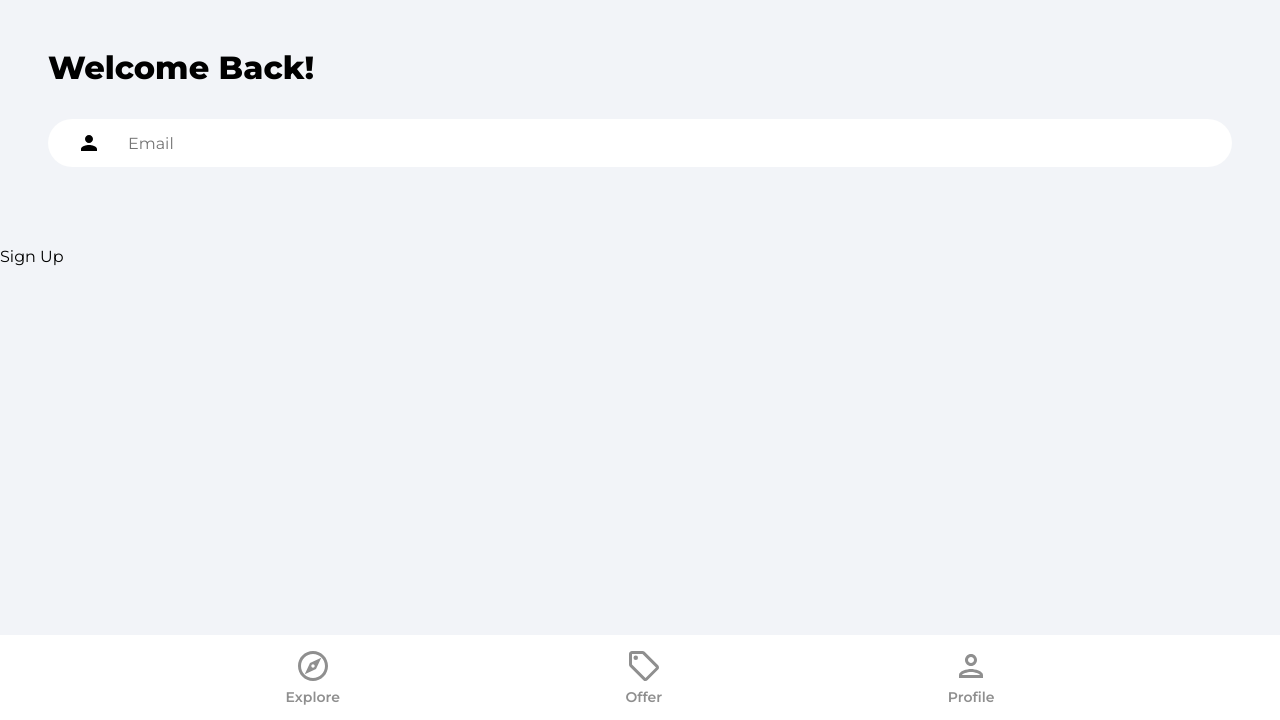
Repository: harvir619/Real-Estate-Market-App
Page: /sign-in
These files come from the project's save history. The page is drawn as it stood at one moment and after a run of saves; the edit follows.
The browser window is 1280 px wide. The pictures show the whole page.
The project was rebuilt for these pictures with package versions that can differ from the ones it lists, and the page was loaded fresh each time. Also part of the build but not shown: vite.config.js, src/pages/Explore.jsx, src/pages/Profile.jsx, src/pages/ForgotPassword.jsx, src/pages/Offers.jsx, src/pages/SignUp.jsx.

Above is the page before, as saved 2023-06-15 11:54:51.

### index.html
<!DOCTYPE html>
<html lang="en">
  <head>
    <meta charset="UTF-8" />
    <link rel="icon" type="image/svg+xml" href="/public/favicon.ico" />
    <meta name="viewport" content="width=device-width, initial-scale=1.0" />
    <title>Real Estate Marketplace</title>
  </head>
  <body>
    <div id="root"></div>
    <script type="module" src="/src/main.jsx"></script>
  </body>
</html>

### src/App.jsx
import { BrowserRouter as Router, Routes, Route } from 'react-router-dom'
import Explore from './pages/Explore'
import Profile from './pages/Profile'
import ForgotPassword from './pages/ForgotPassword'
import Offers from './pages/Offers'
import SignIn from './pages/SignIn'
import SignUp from './pages/SignUp'
import Navbar from './components/Navbar'

function App() {

  return (
    <>
      <Router>
        <Routes>
          <Route path="/" element={<Explore />} />
          <Route path="/profile" element={<SignIn/>} />
          <Route path='/forgot-password' element={<ForgotPassword/>} />
          <Route path= '/offers' element={<Offers/>} />
          <Route path='/sign-in' element={<SignIn />} />
          <Route path='/sign-up' element={<SignUp/>} />
        </Routes>
        {<Navbar/>}
      </Router>
    </>
  )
}

export default App

### src/pages/SignIn.jsx
import React, { useState } from 'react'
import { Link, useNavigate } from 'react-router-dom'
import {ReactComponent as ArrowRightIcon} from '../assets/svg/keyboardArrowRightIcon.svg'
import visibilityIcon from '../assets/svg/visibilityIcon.svg'

function SignIn() {
  const [showPassword, setShowPassword] = useState(false)
  const [formData, setFormData] = useState({
    email: '',
    password: ''
  })
  const { email, password } = formData

  const navigate = useNavigate()

  const onChange = () => {
    console.log()
  }

  return (
    <>
      <div className="pageContainer">
        <header>
          <p className="pageHeader">
            Welcome Back!
          </p>
        </header>

        <form action="">
          <input
            type="email"
            placeholder="Email"
            id="email"
            value={email}
            onChange={onChange}
            className="emailInput" />
        </form>

      </div>
      <Link to='/sign-up'>Sign Up</Link>
    </>
  )
}

export default SignIn

### src/components/Navbar.jsx
import React from 'react'
import { useNavigate, useLocation } from 'react-router-dom'
import { ReactComponent as OfferIcon } from '../assets/svg/localOfferIcon.svg'
import {ReactComponent as ExploreIcon} from '../assets/svg/exploreIcon.svg'
import {ReactComponent as PersonOutlineIcon} from '../assets/svg/personOutlineIcon.svg'


function Navbar() {
    const navigate = useNavigate()
    const location = useLocation()

    const pathMatchRoute = (route) => {
        if (route === location.pathname) {
            return true;
        }
    }

  return (
      <footer className="navbar">
          <nav className="navbarNav">
              <ul className="navbarListItems">
                  <li className="navbarListItem" onClick={() => navigate('/')}>
                      <ExploreIcon fill={pathMatchRoute('/')?'#2c2c2c':'#8f8f8f'}
                        //   className="navbarIcon"
                          width='36px' height='36px' />
                      <p className={pathMatchRoute('/')?'navbarListItemNameActive':'navbarListItemName'}>Explore</p>
                  </li>
                  <li className="navbarListItem" onClick={()=>navigate('/offers')}>
                      <OfferIcon fill={pathMatchRoute('/offers')?'#2c2c2c':'#8f8f8f'}
                        //   className="navbarIcon"
                          width='36px' height='36px' />
                      <p className={pathMatchRoute('/offers')?'navbarListItemNameActive':'navbarListItemName'}>Offer</p>
                  </li>
                  <li className="navbarListItem" onClick={()=>navigate('/profile')}>
                      <PersonOutlineIcon fill={pathMatchRoute('/profile')?'#2c2c2c':'#8f8f8f'}
                        //   className="navbarIcon"
                          width='36px' height='36px' />
                      <p className={pathMatchRoute('/profile')?'navbarListItemNameActive':'navbarListItemName'}>Profile</p>
                  </li>

              </ul>
          </nav>
      </footer>
  )
}

export default Navbar

Loaded but not shown: src/main.jsx (common file); src/index.css (common file)

After the next 2 saves:
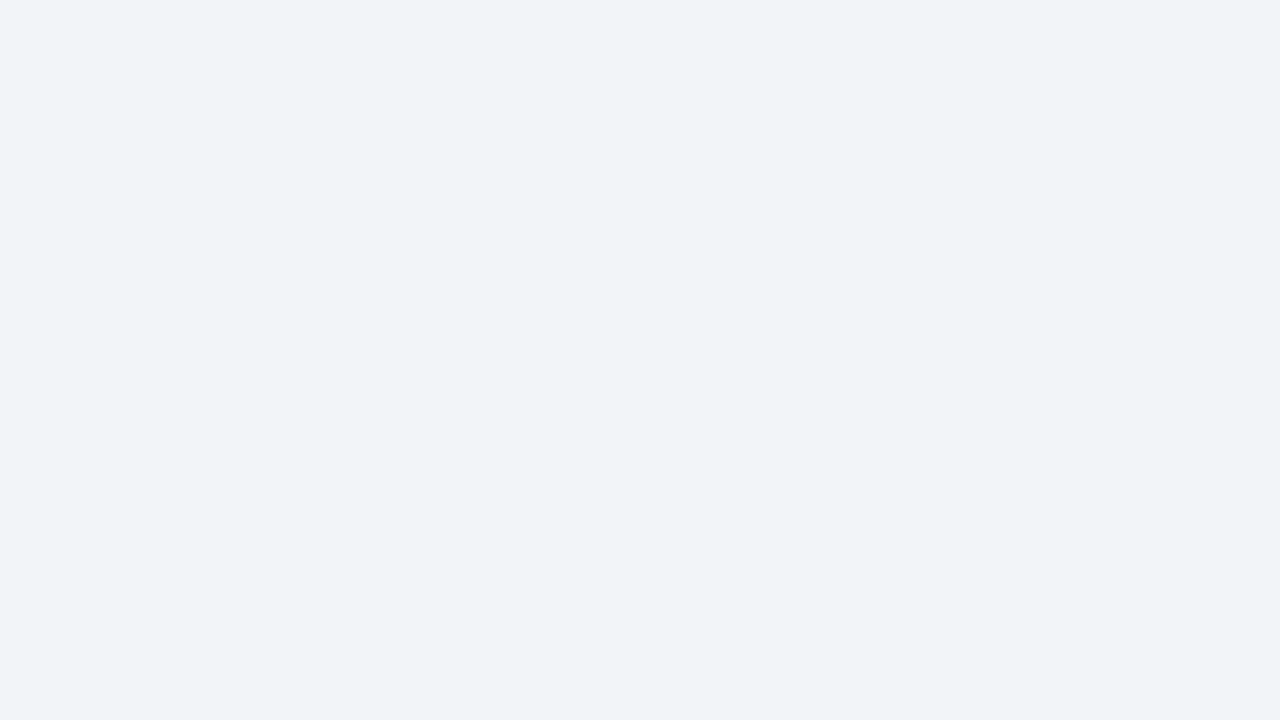
Console error: ReferenceError: e is not defined
The 2 saves are shown as one change because they came seconds apart.
The last was saved 23 s later.
--- a/src/pages/SignIn.jsx
+++ b/src/pages/SignIn.jsx
@@ -13,7 +13,7 @@
 
   const navigate = useNavigate()
 
-  const onChange = () => {
+  const onChange = (e) => {
     console.log()
   }
 
@@ -32,7 +32,7 @@
             placeholder="Email"
             id="email"
             value={email}
-            onChange={onChange}
+            onChange={onChange(e)}
             className="emailInput" />
         </form>
 

After the save that followed:
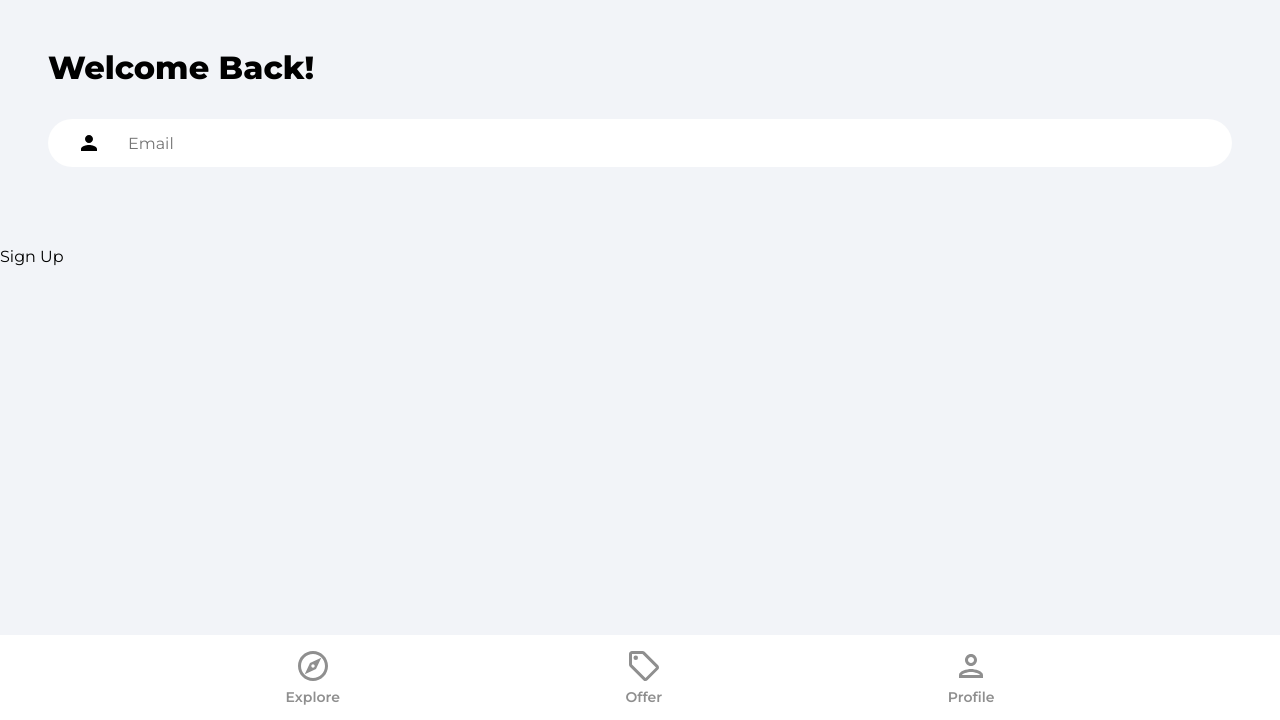
The error is gone.
Saved 11 s later.
--- a/src/pages/SignIn.jsx
+++ b/src/pages/SignIn.jsx
@@ -32,7 +32,7 @@
             placeholder="Email"
             id="email"
             value={email}
-            onChange={onChange(e)}
+            onChange={onChange()}
             className="emailInput" />
         </form>
 
